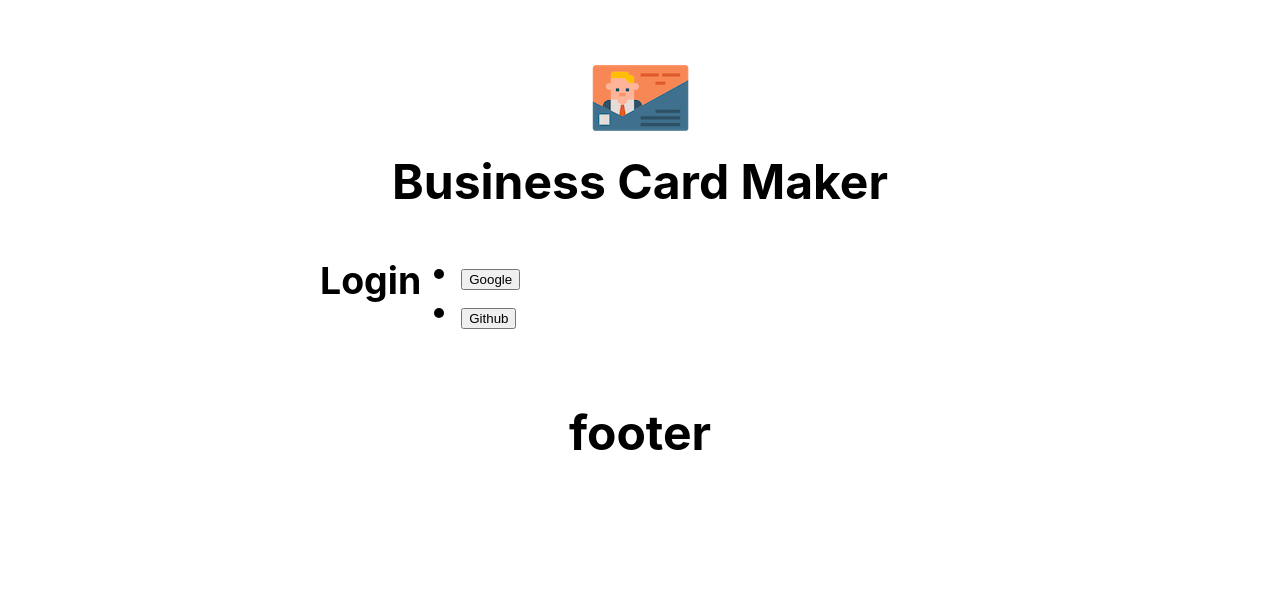
Repository: gomgomigom/firebase_practice_card_maker
Page: /
These files come from the project's save history. The page is drawn as it stood at one moment and after the next save; the edit follows.
The browser window is 1280 px wide. The pictures show the whole page.
The page's requests for data from a server got no answer. The project was rebuilt for these pictures with package versions that can differ from the ones it lists, and the page was loaded fresh each time. No one was signed in, and anything a server would have sent is missing.

Above is the page before, as saved 2022-01-21 13:49:46.

After the next save:
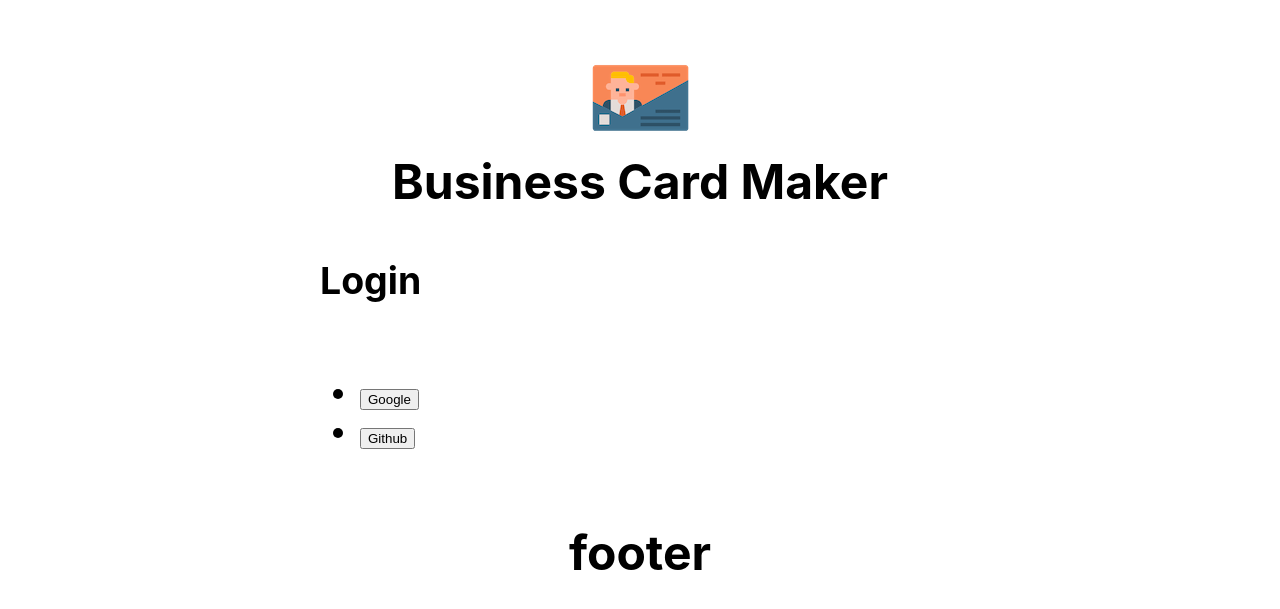
Saved 11 s later.
--- a/src/components/login/login.module.css
+++ b/src/components/login/login.module.css
@@ -12,7 +12,7 @@
 
 .loginList {
   width: 40rem;
-  flexdirection: column;
+  flex-direction: column;
   display: flex;
   background-color: makerWhite;
 }
